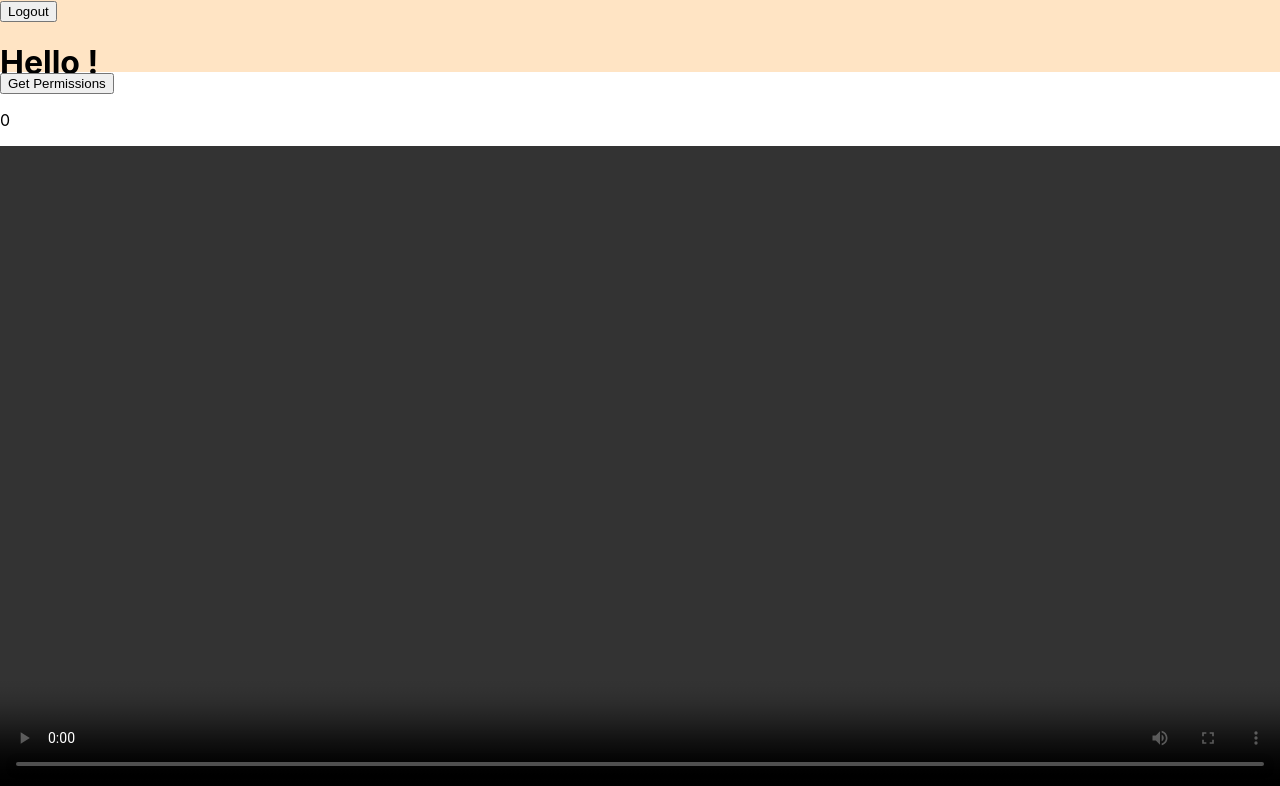
Repository: drumsmanku/test-1
Page: /recording (app in client/)
An editor plug-in stored every save of this project. The page is shown before and after the next save, followed by the edit.
The browser window is 1280 px wide. The pictures show the whole page.
The project was rebuilt for these pictures with package versions that can differ from the ones it lists, and the page was loaded fresh each time. Also part of the build but not shown: client/src/App.css, client/src/Components/Login/Login.module.css, client/src/Components/Login/Login.js, client/src/Components/Register/Register.module.css, client/src/Components/Register/Register.js.

Above is the page before, as saved 2023-08-31 18:55:24.

### client/src/App.js
import './App.css';
import {BrowserRouter as Router, Route, Routes} from 'react-router-dom';
import Login from './Components/Login/Login';
import Register from './Components/Register/Register';
import Recording from './Components/Recording/Recording';

function App() {
  return (
    <div className="App">
      <Router>
        <Routes>
          <Route path='/' element={<Login/>}/>
          <Route path='/register' element={<Register/>}/>
          <Route path='/recording' element={<Recording/>}/>
        </Routes>
      </Router>
    </div>
  );
}

export default App;

### client/src/Components/Recording/Recording.js
import React from 'react';
import styles from './Recording.module.css';
import { useState, useEffect, useRef } from 'react';
import { useNavigate } from 'react-router-dom';
import axios from 'axios';

function Recording() {
  const [existingUser, setExistingUser]=useState(localStorage.getItem('user'))
  const navigate=useNavigate();
  const handleLogout=()=>{
    localStorage.removeItem('token');
    localStorage.removeItem('user');
    navigate('/')
  }
  const [startButton, setStartButton] = useState(false);
  const [mediaRecorder, setMediaRecorder] = useState(null);
  const chunksRef = useRef([]);
  const [progress, setProgress] = useState(0);


  const handlePermissions = async () => {
    try {
      const stream = await navigator.mediaDevices.getUserMedia({ audio: true, video: true });

      setStartButton(true);

      const newMediaRecorder = new MediaRecorder(stream);
      newMediaRecorder.ondataavailable = (evt) => {
        chunksRef.current.push(evt.data);
      };
      setMediaRecorder(newMediaRecorder);

      // POST request to start recording
      await axios.post('http://localhost:4000/recording/start', {
        videoPermission: true,
        audioPermission: true
      });
    } catch (error) {
      console.error('Error during getting permissions', error);
    }
  };
  let intervalId;

  const startRecording = () => {

    mediaRecorder.start();
    let secondsRecorded = 0;

     intervalId = setInterval(() => {
      secondsRecorded += 1;
      setProgress(secondsRecorded);
    }, 1000);
  };

  const stopRecording = async () => {

    if (mediaRecorder) {

        mediaRecorder.stop();
        mediaRecorder.stream.getTracks().forEach(track => track.stop());
        clearInterval(intervalId);
        setProgress(0);

        await axios.post('http://localhost:4000/recording/stop');

        const blob = new Blob(chunksRef.current, { type: 'video/webm' });
        const url = URL.createObjectURL(blob);

        const videoElement = document.getElementById('videoPlayback');

        videoElement.src = url;

        chunksRef.current = [];

        setStartButton(false);
    }
  };


  return (
    <div className={styles.container}>
      <div className={styles.navbar}>
        <button onClick={handleLogout}>Logout</button>
        <h1>Hello {existingUser} ! </h1>
      </div>
      <div className={styles.bottomBody}>
        <button onClick={handlePermissions}>Get Permissions</button>
        {startButton &&
          <div>
            <button onClick={startRecording}>Start Recording</button>
            <button onClick={stopRecording}>Stop Recording</button>
          </div>
        }
        <p>{progress}</p>

      </div>
      <video id="videoPlayback" controls autoplay></video>

    </div>
  )
}

export default Recording

### client/src/Components/Recording/Recording.module.css
.container{
  height: 100vh;
  width: 100%;
  display: flex;
  flex-direction: column;
}
.navbar{
  height: 10%;
  width: 100%;
  background-color: bisque;
}
.bottomBody{
  height: 90%;
  width: 80%;
}

Loaded but not shown: client/public/index.html (common file); client/src/index.js (common file); client/src/index.css (common file)

After the next save:
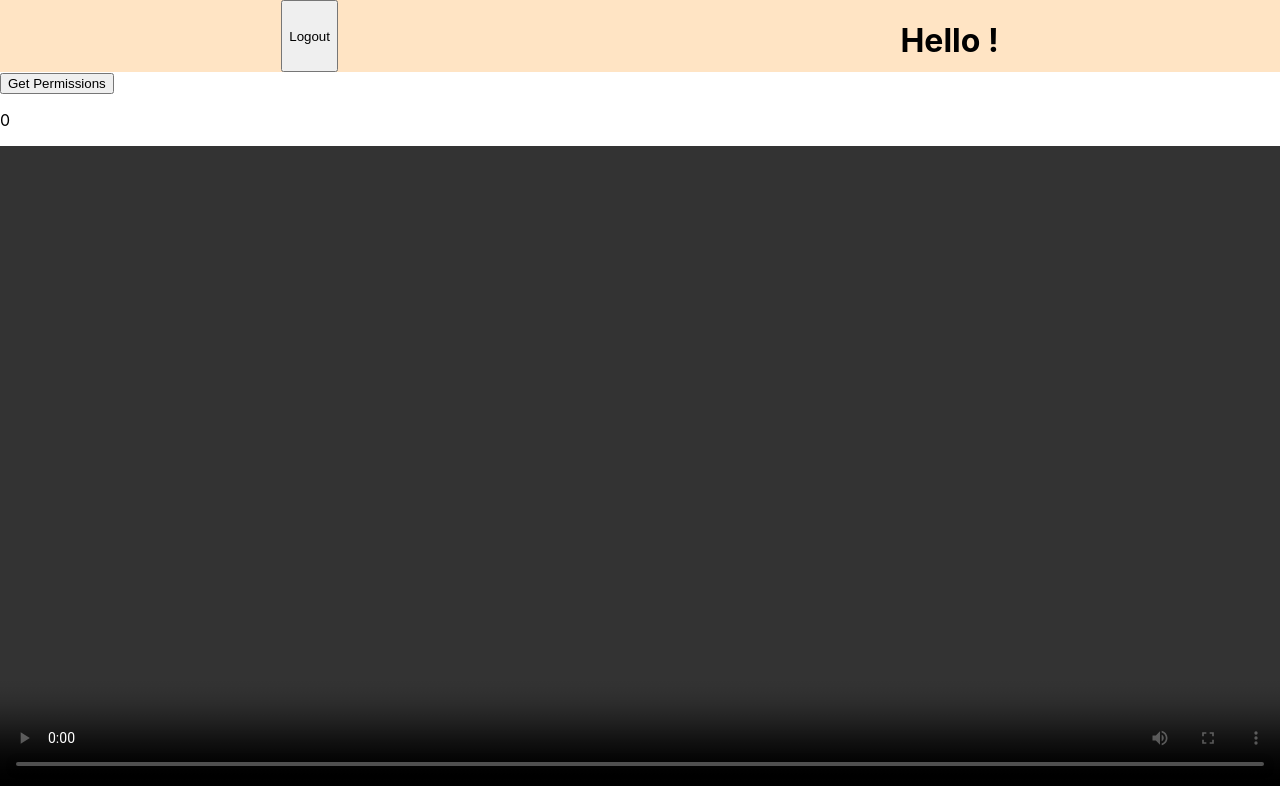
Saved 3 min 6 s later.
--- a/client/src/Components/Recording/Recording.module.css
+++ b/client/src/Components/Recording/Recording.module.css
@@ -8,6 +8,8 @@
   height: 10%;
   width: 100%;
   background-color: bisque;
+  display: flex;
+  justify-content: space-around;
 }
 .bottomBody{
   height: 90%;
